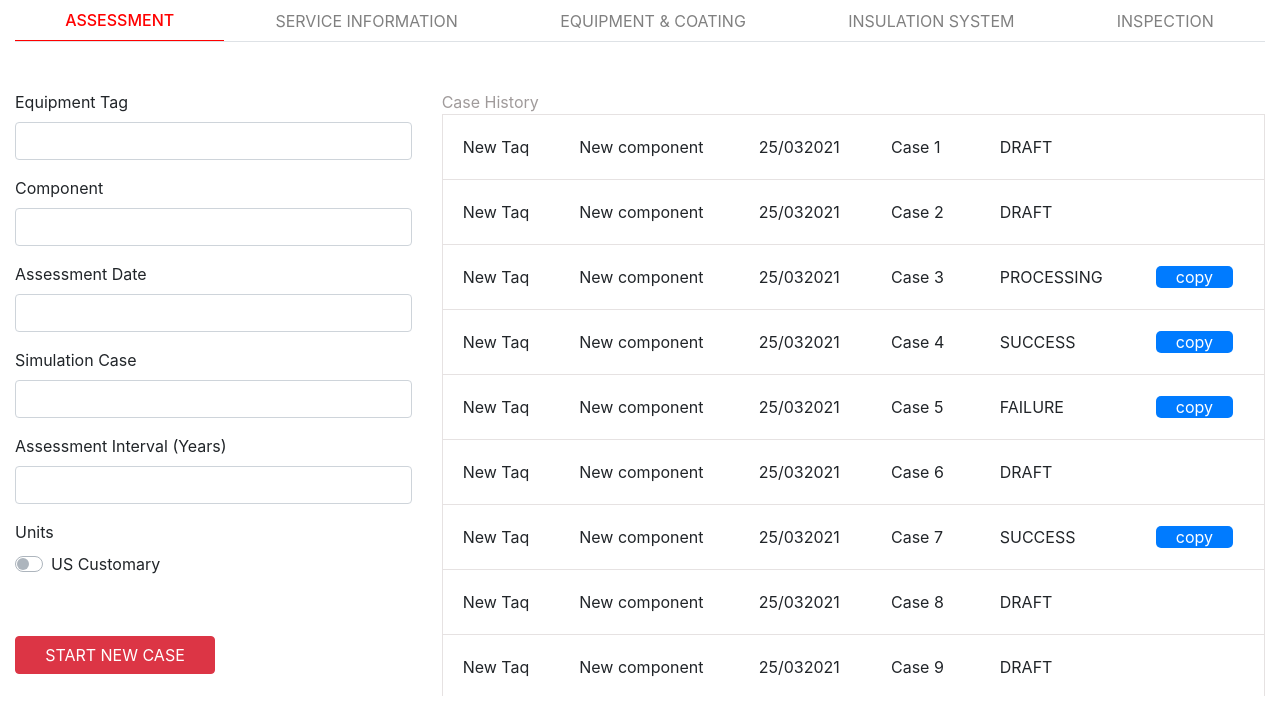
Repository: arif286/dashboard
Page: /
These files come from the project's save history. The page is drawn as it stood at one moment and after the next save; the edit follows.
The browser window is 1280 px wide. The pictures show the whole page.
An inner scrolling area shows only its first screen. The project was rebuilt for these pictures with package versions that can differ from the ones it lists, and the page was loaded fresh each time. The framework's server and built-in components were replaced by stand-ins that run in the browser. Also part of the build but not shown: nuxt.config.js, components/Nav.vue.

Above is the page before, as saved 2021-06-18 20:55:56.

### components/Form.vue
<template>
  <div>
    <form class="Assessment-input" action="">
      <div class="mb-3">
        <label for="Input1" class="form-label">Equipment Tag</label>
        <input id="Input1" type="text" class="form-control">
      </div>
      <div class="mb-3">
        <label for="Input2" class="form-label">Component</label>
        <input id="Input2" type="text" class="form-control">
      </div>
      <div class="mb-3">
        <label for="Input3" class="form-label">Assessment Date</label>
        <input id="Input3" type="text" class="form-control">
      </div>
      <div class="mb-3">
        <label for="Input4" class="form-label">Simulation Case</label>
        <input id="Input4" type="text" class="form-control">
      </div>
      <div class="mb-3">
        <label for="Input5" class="form-label">Assessment Interval (Years)</label>
        <input id="Input5" type="text" class="form-control">
      </div>
      <div>
        <label for="Input5" class="form-label">Units</label>
        <b-form-checkbox v-model="checked" name="check-button" switch>
          US Customary
        </b-form-checkbox>
      </div>
      <b-button class="submit-button" type="submit" variant="danger">
        START NEW CASE
      </b-button>
    </form>
  </div>
</template>
<script>
export default {
  data () {
    return {
      form: {
        email: '',
        name: '',
        food: null,
        checked: []
      },
      foods: [
        { text: 'Select One', value: null },
        'Carrots',
        'Beans',
        'Tomatoes',
        'Corn'
      ],
      show: true,
      checked: false
    }
  },
  methods: {
    onSubmit (event) {
      event.preventDefault()
      alert(JSON.stringify(this.form))
    }
  }
}
</script>
<style>
.submit-button {
  width: 200px;
  margin-top: 60px;
}
.Assessment-input input:focus {
  border-color: red;
  box-shadow: none;
}
</style>

### components/Table.vue
<template>
  <div class="table-contain">
    <p class="title">
      Case History
    </p>
    <table class="w-100 table-border">
      <tbody>
        <tr v-for="item in data" :key="item.id">
          <td>{{ item.equipmentTag }}</td>
          <td>{{ item.component }}</td>
          <td>{{ item.assessmentDate }}</td>
          <td>Case {{ item.case }}</td>
          <td>
            <span>
              {{ item.status }}
            </span>
          </td>
          <td>
            <span :class="item.copy ? 'copy-btn' : ''">{{ item.copy ? 'copy' : '' }}</span>
          </td>
        </tr>
      </tbody>
    </table>
  </div>
</template>

<script>
export default {
  props: {
    data: {
      type: Array,
      required: true
    }
  }
}
</script>
<style scoped>

.table-border tr{
 border: 1px solid #e6e2e2;
}
.table-border td{
  padding: 20px;
}
.title{
  margin-bottom: 0px;
  color: #a09b9b;
}
.table-contain {
  height: 606px;
  overflow-y: scroll;
}
.copy-btn{
  background-color: #007bff;
  padding: 1px 20px;
  color: white;
  border-radius: 5px;
}
.status-draft{
  color: #007bff;
}
.status-process{
  color: orange;
}
.status-success{
  color: greenyellow;
}
.status-failure{
  color: red;
}
</style>

### pages/index.vue
<template>
  <div class="container">
    <div>
      <b-tabs active-nav-item-class="tab-title" content-class="mt-3" fill>
        <b-tab title="ASSESSMENT" active>
          <div class="row mt-5">
            <div class="col-4">
              <Form />
            </div>
            <div class="col-8">
              <Table :data="dashboardData" />
            </div>
          </div>
        </b-tab>
        <b-tab title="SERVICE INFORMATION">
          <p>I'm the second tab</p>
        </b-tab>
        <b-tab title="EQUIPMENT & COATING">
          <p>I'm the tab with the very, very long title</p>
        </b-tab>
        <b-tab title="INSULATION SYSTEM">
          <p>I'm a disabled tab!</p>
        </b-tab>
        <b-tab title="INSPECTION">
          <p>I'm a Inspection!</p>
        </b-tab>
      </b-tabs>
    </div>
  </div>
</template>

<script>
import { dashboardData } from '@/assets/dashboard.js'
// eslint-disable-next-line semi
export default {
  data () {
    return { dashboardData }
  }
}
</script>

<style>
.container {
  max-width: 1860px;
}
.tab-title{
  color: red !important;
  font-weight: 500;
  border: none !important;
  border-bottom: 1px solid red !important;

}
a{
  color: gray;
}
a:hover{
  color: gray;
  border-color: none;
}
</style>

### assets/dashboard.js
export const dashboardData = [
  {
    id: 1,
    equipmentTag: 'New Taq',
    component: 'New component',
    assessmentDate: '25/032021',
    case: 1,
    status: 'DRAFT'
  },
  {
    id: 2,
    equipmentTag: 'New Taq',
    component: 'New component',
    assessmentDate: '25/032021',
    case: 2,
    status: 'DRAFT'
  },
  {
    id: 3,
    equipmentTag: 'New Taq',
    component: 'New component',
    assessmentDate: '25/032021',
    case: 3,
    status: 'PROCESSING',
    copy: true
  },
  {
    id: 4,
    equipmentTag: 'New Taq',
    component: 'New component',
    assessmentDate: '25/032021',
    case: 4,
    status: 'SUCCESS',
    copy: true
  },
  {
    id: 5,
    equipmentTag: 'New Taq',
    component: 'New component',
    assessmentDate: '25/032021',
    case: 5,
    status: 'FAILURE',
    copy: true
  },
  {
    id: 6,
    equipmentTag: 'New Taq',
    component: 'New component',
    assessmentDate: '25/032021',
    case: 6,
    status: 'DRAFT'
  },
  {
    id: 7,
    equipmentTag: 'New Taq',
    component: 'New component',
    assessmentDate: '25/032021',
    case: 7,
    status: 'SUCCESS',
    copy: true
  },
  {
    id: 8,
    equipmentTag: 'New Taq',
    component: 'New component',
    assessmentDate: '25/032021',
    case: 8,
    status: 'DRAFT'
  },
  {
    id: 9,
    equipmentTag: 'New Taq',
    component: 'New component',
    assessmentDate: '25/032021',
    case: 9,
    status: 'DRAFT'
  },
  {
    id: 10,
    equipmentTag: 'New Taq',
    component: 'New component',
    assessmentDate: '25/032021',
    case: 10,
    status: 'DRAFT'
  }
]

Loaded but not shown: layouts/default.vue (common file)

After the next save:
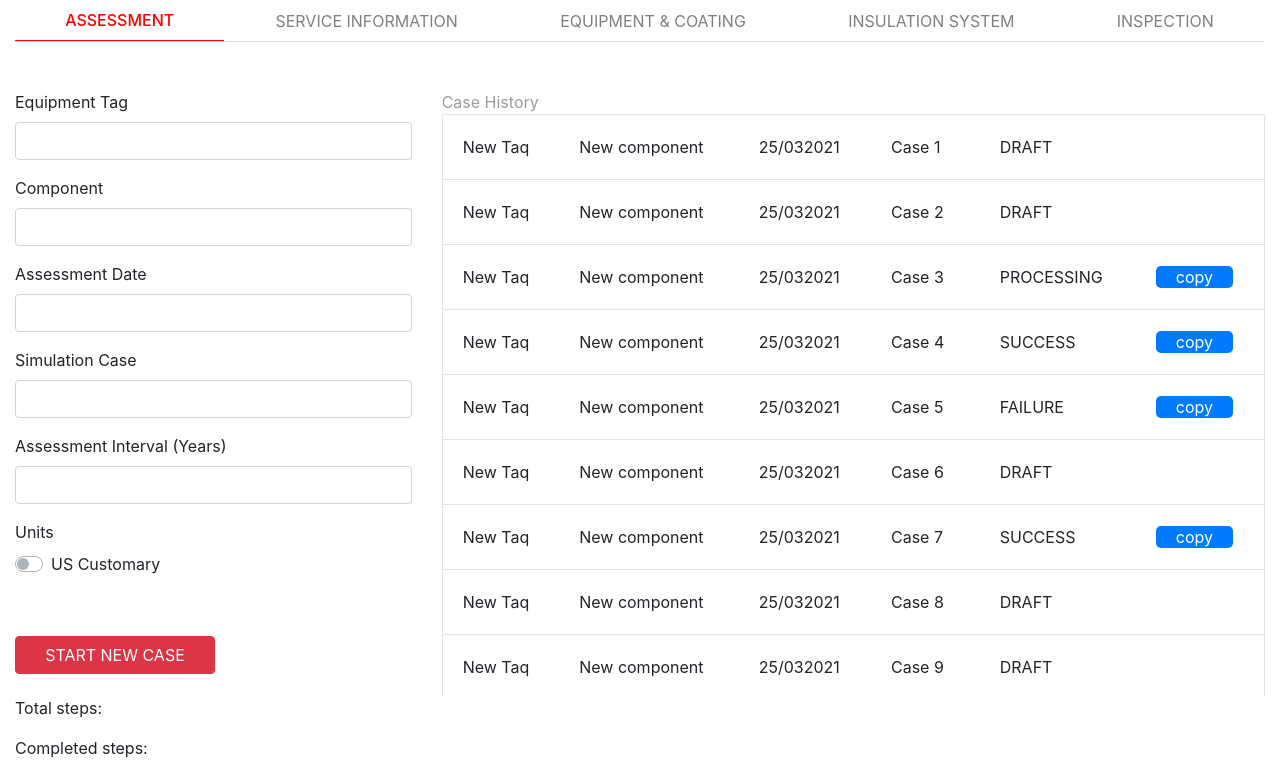
Saved 24 s later.
--- a/pages/index.vue
+++ b/pages/index.vue
@@ -25,6 +25,14 @@
           <p>I'm a Inspection!</p>
         </b-tab>
       </b-tabs>
+      <radial-progress-bar
+        :diameter="200"
+        :completed-steps="completedSteps"
+        :total-steps="totalSteps"
+      >
+        <p>Total steps: {{ totalSteps }}</p>
+        <p>Completed steps: {{ completedSteps }}</p>
+      </radial-progress-bar>
     </div>
   </div>
 </template>
